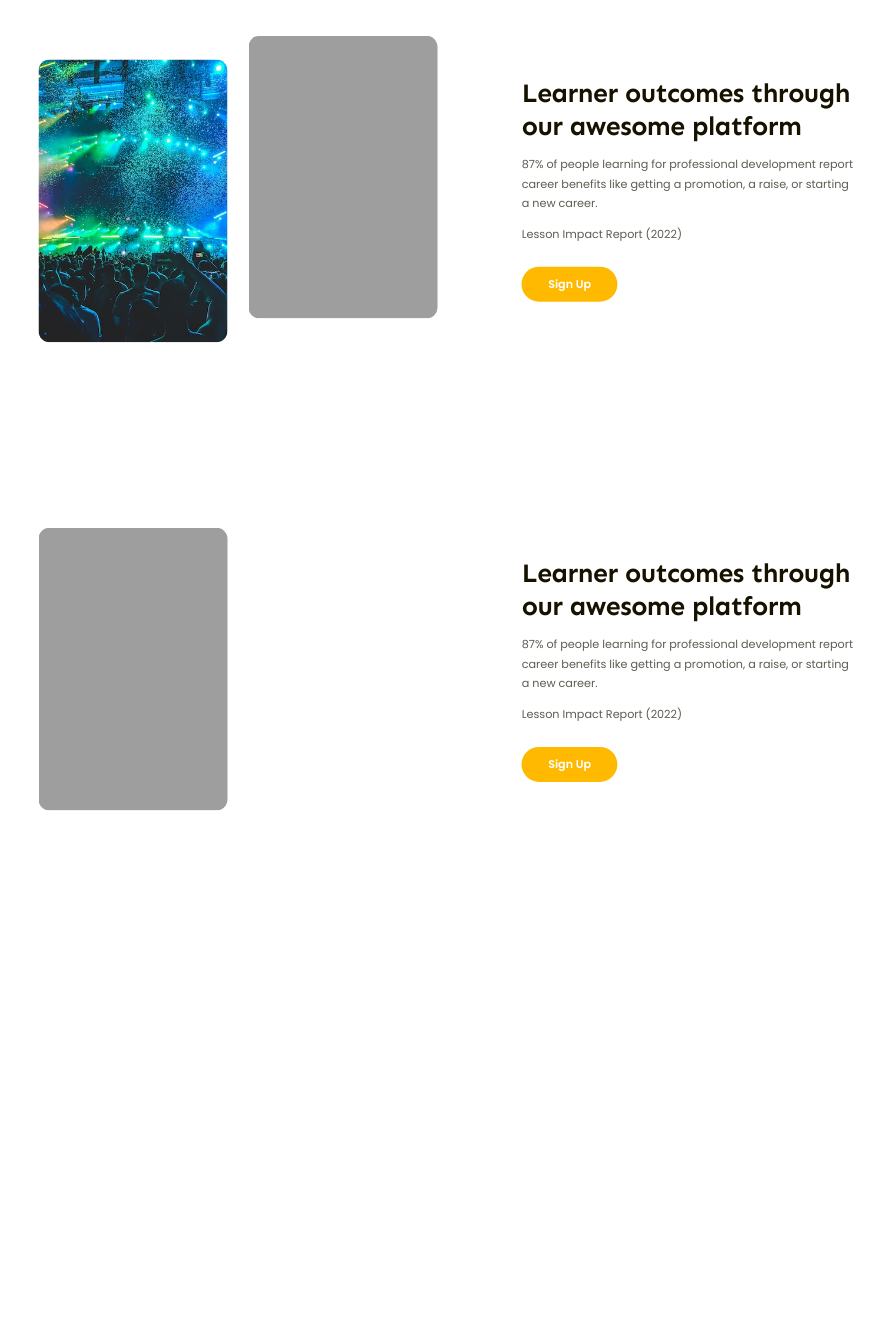
Repository: anhtien111198/f8-htmlcss-02
Page: index.html
These files come from the project's save history. The page is drawn as it stood at one moment and after the next save; the edit follows.
The browser window is 1280 px wide. The pictures show the part of the page from y = 2480 to 4400 px (the page is 5000 px tall), at 70% of full size.
Pictures or frames that could not be fetched are drawn as grey boxes. A picture or video elsewhere on the page could not be fetched, so the positions and the page height are approximate.

Above is the page before, as saved 2023-05-09 15:45:32.

After the next save:
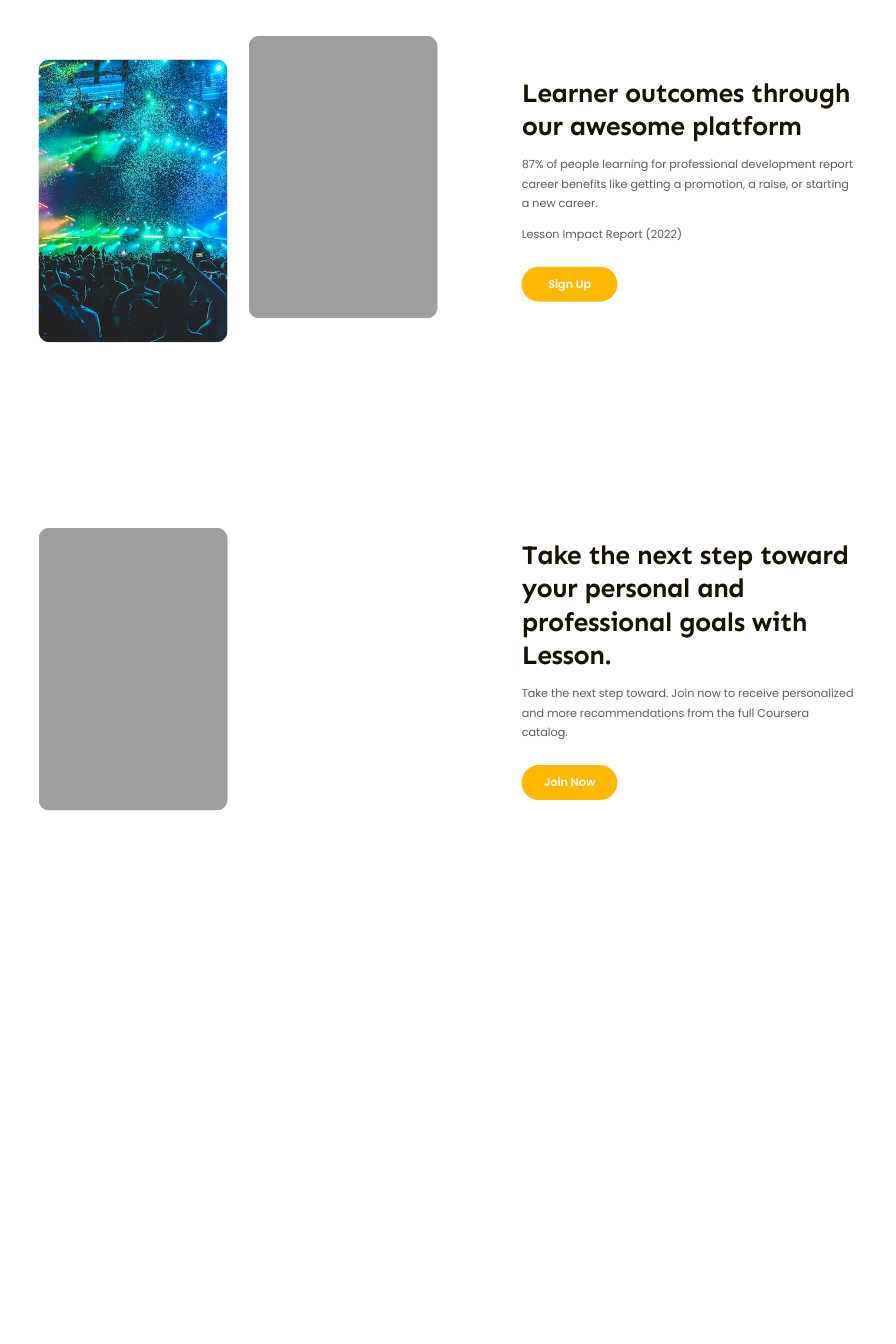
Saved 106 s later.
--- a/index.html
+++ b/index.html
@@ -442,20 +442,20 @@
                         <div class="images">
                             <img
                                 src="./assets/img/feature-2.jpg"
-                                alt="Learner outcomes through our awesome platform"
+                                alt="Take the next step toward your personal and professional goals with Lesson."
                             />
                         </div>
                         <div class="content">
                             <h2 class="heading lv2">
-                                Learner outcomes through our awesome platform
+                                Take the next step toward your personal and
+                                professional goals with Lesson.
                             </h2>
                             <p class="desc">
-                                87% of people learning for professional
-                                development report career benefits like getting
-                                a promotion, a raise, or starting a new career.
+                                Take the next step toward. Join now to receive
+                                personalized and more recommendations from the
+                                full Coursera catalog.
                             </p>
-                            <p class="desc">Lesson Impact Report (2022)</p>
-                            <a href="#!" class="btn cta-btn">Sign Up</a>
+                            <a href="#!" class="btn cta-btn">Join Now</a>
                         </div>
                     </div>
                 </div>
